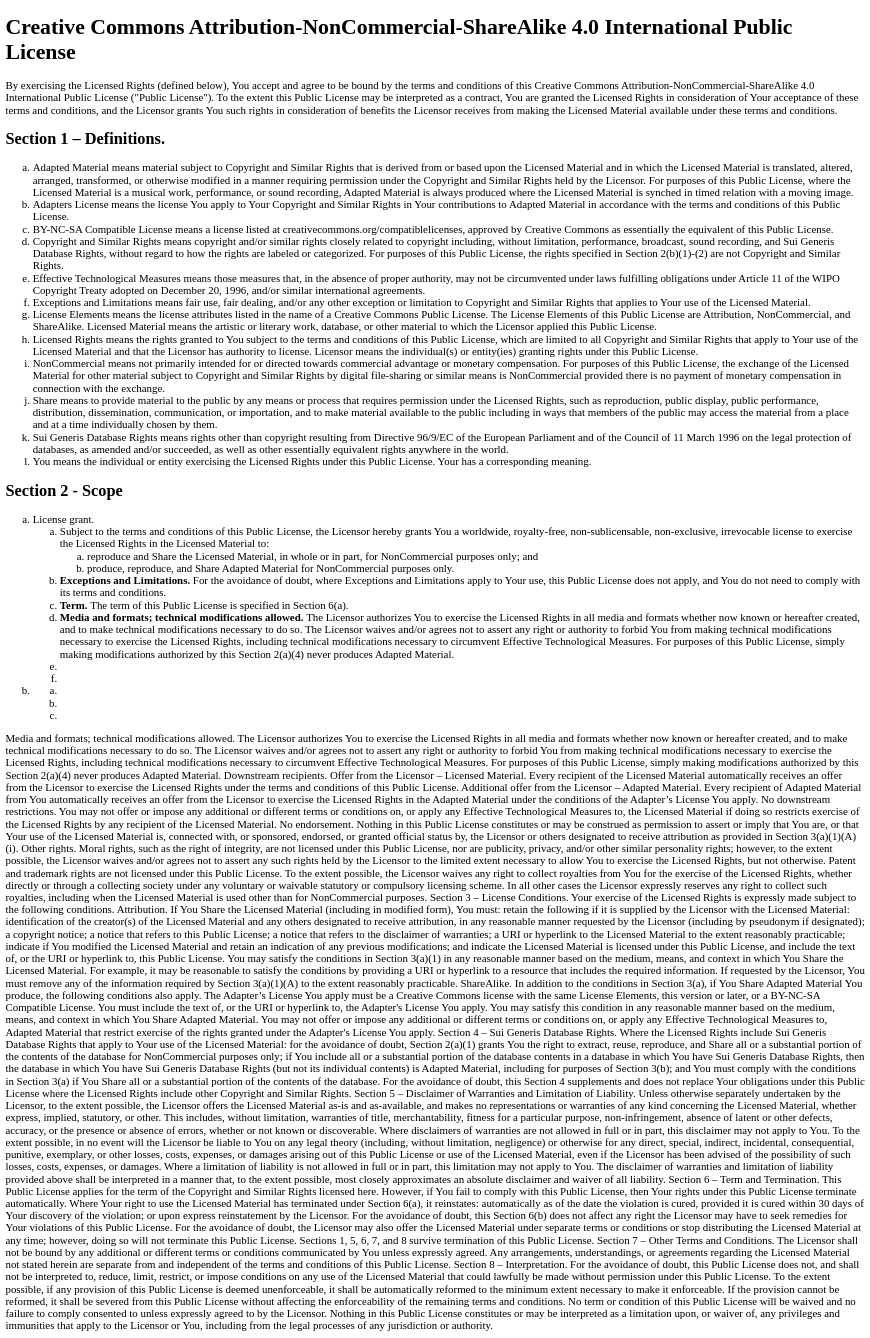
Repository: Team-Ikigami/Ascendance
Page: LICENSE-CC BY-NC-SA.html
These files come from the project's save history. The page is drawn as it stood at one moment and after the next save; the edit follows.
The browser window is 1280 px wide. The pictures show the whole page, at 68% of full size.

Above is the page before, as saved 2021-12-12 01:16:34.

After the next save:
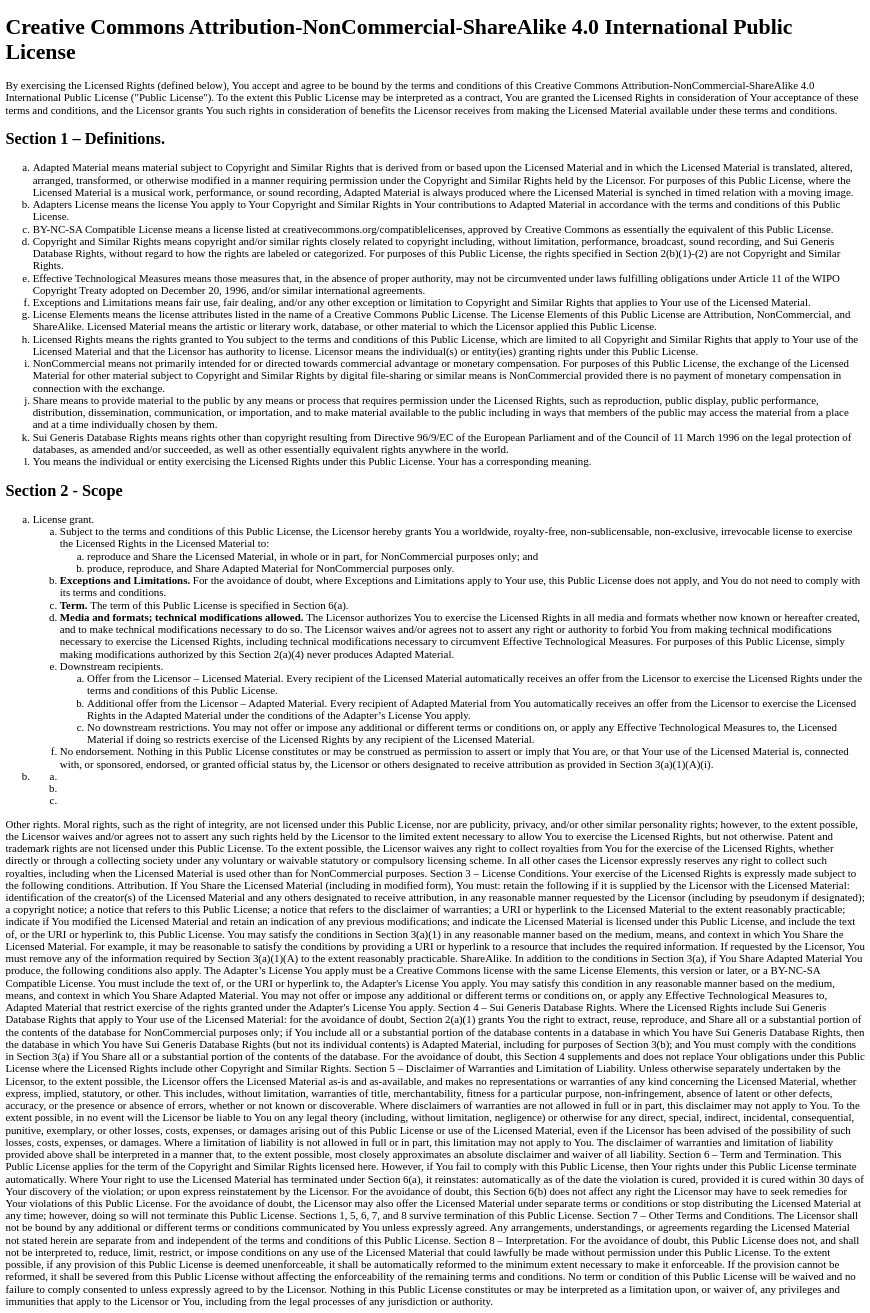
Saved 7 min 4 s later.
--- a/LICENSE-CC BY-NC-SA.html
+++ b/LICENSE-CC BY-NC-SA.html
@@ -85,8 +85,23 @@
 					</b>
 					The Licensor authorizes You to exercise the Licensed Rights in all media and formats whether now known or hereafter created, and to make technical modifications necessary to do so. The Licensor waives and/or agrees not to assert any right or authority to forbid You from making technical modifications necessary to exercise the Licensed Rights, including technical modifications necessary to circumvent Effective Technological Measures. For purposes of this Public License, simply making modifications authorized by this Section 2(a)(4) never produces Adapted Material.
 				</li>
-				<li></li>
-				<li></li>
+				<li>
+					Downstream recipients.
+					<ol>
+						<li>
+							Offer from the Licensor – Licensed Material. Every recipient of the Licensed Material automatically receives an offer from the Licensor to exercise the Licensed Rights under the terms and conditions of this Public License.
+						</li>
+						<li>
+							Additional offer from the Licensor – Adapted Material. Every recipient of Adapted Material from You automatically receives an offer from the Licensor to exercise the Licensed Rights in the Adapted Material under the conditions of the Adapter’s License You apply.
+						</li>
+						<li>
+							No downstream restrictions. You may not offer or impose any additional or different terms or conditions on, or apply any Effective Technological Measures to, the Licensed Material if doing so restricts exercise of the Licensed Rights by any recipient of the Licensed Material.
+						</li>
+					</ol>
+				</li>
+				<li>
+					No endorsement. Nothing in this Public License constitutes or may be construed as permission to assert or imply that You are, or that Your use of the Licensed Material is, connected with, or sponsored, endorsed, or granted official status by, the Licensor or others designated to receive attribution as provided in Section 3(a)(1)(A)(i).
+				</li>
 			</ol>
 		</li>
 		<li>
@@ -99,13 +114,6 @@
 	</ol>
 </body>
 </html>
-
-Media and formats; technical modifications allowed. The Licensor authorizes You to exercise the Licensed Rights in all media and formats whether now known or hereafter created, and to make technical modifications necessary to do so. The Licensor waives and/or agrees not to assert any right or authority to forbid You from making technical modifications necessary to exercise the Licensed Rights, including technical modifications necessary to circumvent Effective Technological Measures. For purposes of this Public License, simply making modifications authorized by this Section 2(a)(4) never produces Adapted Material.
-Downstream recipients.
-Offer from the Licensor – Licensed Material. Every recipient of the Licensed Material automatically receives an offer from the Licensor to exercise the Licensed Rights under the terms and conditions of this Public License.
-Additional offer from the Licensor – Adapted Material. Every recipient of Adapted Material from You automatically receives an offer from the Licensor to exercise the Licensed Rights in the Adapted Material under the conditions of the Adapter’s License You apply.
-No downstream restrictions. You may not offer or impose any additional or different terms or conditions on, or apply any Effective Technological Measures to, the Licensed Material if doing so restricts exercise of the Licensed Rights by any recipient of the Licensed Material.
-No endorsement. Nothing in this Public License constitutes or may be construed as permission to assert or imply that You are, or that Your use of the Licensed Material is, connected with, or sponsored, endorsed, or granted official status by, the Licensor or others designated to receive attribution as provided in Section 3(a)(1)(A)(i).
 Other rights.
 
 Moral rights, such as the right of integrity, are not licensed under this Public License, nor are publicity, privacy, and/or other similar personality rights; however, to the extent possible, the Licensor waives and/or agrees not to assert any such rights held by the Licensor to the limited extent necessary to allow You to exercise the Licensed Rights, but not otherwise.
